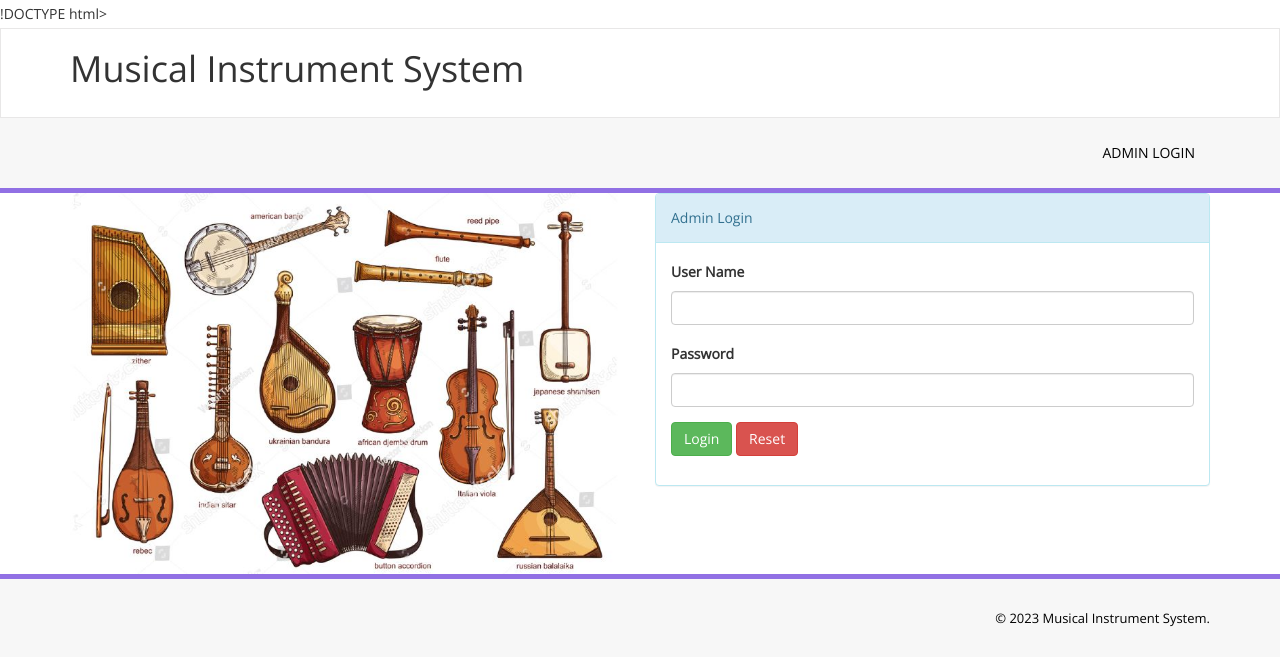
Repository: chetanbagul1998/Musical-Instruments-System_Project
Page: http://localhost/Project/
An editor plug-in stored every save of this project. The page is shown before and after the next save, followed by the edit.
The browser window is 1280 px wide. The pictures show the whole page.
Some web libraries are served in a nearby version. The page is served by Tomcat 10. Other server files are loaded and not shown.

Above is the page before, as saved 2023-03-01 06:56:08.
Console error: TypeError: $(...).dataTable is not a function

### Mini Project/Project/src/main/webapp/index.jsp
!DOCTYPE html>
<html>
<head>
	<meta charset="utf-8" />
	<title>Musical Instrument System</title>
	<link href="assets/css/bootstrap.css" rel="stylesheet" />
	<link href="assets/css/font-awesome.css" rel="stylesheet" />
	<link href="assets/css/style.css" rel="stylesheet" />
	<link href='http://fonts.googleapis.com/css?family=Open+Sans' rel='stylesheet' type='text/css' />
	<script src="https://ajax.googleapis.com/ajax/libs/jquery/3.4.1/jquery.min.js"></script>
</head>
<body>
	<header>
		<div class="navbar navbar-inverse set-radius-zero">
			<div class="container">
				<div class="navbar-header">
					<button type="button" class="navbar-toggle" data-toggle="collapse" data-target=".navbar-collapse">
						<span class="icon-bar"></span> <span class="icon-bar"></span> <span class="icon-bar"></span>
					</button>
					<h1>Musical Instrument System</h1>
				</div>
			</div>
		</div>
	</header>
	<nav>
		<section class="menu-section">
			<div class="container">
				<div class="row">
					<div class="col-md-12">
						<div class="navbar-collapse collapse">
							<ul id="menu-top" class="nav navbar-nav navbar-right">
								<li><a href="index.jsp">Admin Login</a></li>
							</ul>
						</div>
					</div>
				</div>
			</div>
		</section>
	</nav>
	<main>
		<div class="container">
			<div class="row">
				<div class="col-md-6">
					<img src="assets/img/musical-instruments.jpg" style="width: 550px;"></img>
				</div>
				<div class="col-md-6">
					<div class="panel panel-info">
						<div class="panel-heading">Admin Login</div>
						<div class="panel-body">
							<c:if test="${not empty sessionScope.fail}">
								<div class="alert alert-danger" id="danger">You have entered wrong credentials.</div>
							</c:if>
							<form role="form" action="AdminLogin" method="post">
								<div class="form-group">
									<label>User Name</label> <input class="form-control" type="text" name="uname" />
								</div>
								<div class="form-group">
									<label>Password</label> <input class="form-control" type="password" name="upass" />
								</div>
								<button type="submit" class="btn btn-success">Login</button>
								<button type="reset" class="btn btn-danger">Reset</button>
							</form>
						</div>
					</div>
				</div>
			</div>
		</div>
	</main>
	<footer>
		<jsp:include page="footer.jsp"></jsp:include>
	</footer>
	<script src="assets/js/jquery-1.10.2.js"></script>
	<script src="assets/js/bootstrap.js"></script>
	<script src="assets/js/custom.js"></script>

	<script>
		(function(i, s, o, g, r, a, m) {
			i['GoogleAnalyticsObject'] = r;
			i[r] = i[r] || function() {
				(i[r].q = i[r].q || []).push(arguments)
			}, i[r].l = 1 * new Date();
			a = s.createElement(o), m = s.getElementsByTagName(o)[0];
			a.async = 1;
			a.src = g;
			m.parentNode.insertBefore(a, m)
		})
				(
						window,
						document,
						'script',
						'../../../../../../www.google-analytics.com/analytics.js',
						'ga');

		ga('create', 'UA-58127580-1', 'auto');
		ga('send', 'pageview');
	</script>
</body>
<script src="http://code.jquery.com/jquery-1.10.1.min.js"></script>
<script type="text/javascript">
	$(function() {
		$('#danger').delay(1500).show().fadeOut('slow');
	});
</script>
</html>

### Mini Project/Project/src/main/webapp/footer.jsp
<%@ page language="java" contentType="text/html; charset=ISO-8859-1"
	pageEncoding="ISO-8859-1"%>
<section class="footer-section">
	<div class="container">
		<div class="row">
			<div class="col-md-12">
				&copy; 2023 Musical Instrument System.
			</div>

		</div>
	</div>
</section>

### Mini Project/Project/src/main/webapp/assets/css/style.css
/* =============================================================
   GENERAL STYLES
 ============================================================ */

body {
    font-family: 'Open Sans', sans-serif;
    line-height:28px;

}
.set-radius-zero {
    border-radius:0px;
    -moz-border-radius:0px;
    -webkit-border-radius:0px;
}
.content-wrapper {
    margin-top: 40px;
    min-height:800px;
    padding-bottom:90px;
}
.header-line {
    font-weight:900;
    padding-bottom:25px;
    border-bottom:1px solid #eeeeee;
    text-transform:uppercase;
}
.pad-botm {
    padding-bottom:30px;
}


/* =============================================================
   NAVBAR & MENU STYLES
 ============================================================ */

.right-div {
    float: right;
    padding: 20px;
}
#menu-top a {
    color:#000;
    text-decoration:none;
    font-weight:500;
    padding: 25px 15px 25px 15px;
    text-transform:uppercase;

}
.menu-section {
    background-color: #f7f7f7;
    border-bottom:5px solid #9170E4;
    width:100%
}
.menu-top-active {
    background-color:#eeeeee;
}
.navbar-inverse {
background-color: #FFF;
border-color: rgba(155, 153, 153, 0.23);

}

.navbar {
    min-height: 90px;
    margin-bottom: 0px;

}
.navbar-inverse .navbar-collapse, .navbar-inverse .navbar-form {
    border-color:transparent;
}
.navbar-toggle {
background-color: black;
border: 1px solid black;
}

    /* =============================================================
   DASHBOARD STYLES
 ============================================================ */

.img-comments {
   border: 3px double #e1e1e1;
height: 60px;

}

.chat-widget-main {
    max-height:330px;
    overflow:auto;
}

.slide-bdr {
   border:5px solid #9170E4
}
.chat-widget-left:after {
    top: 100%;
    left: 10%;
    border: solid transparent;
    content: " ";
    position: absolute;
    border-top-color: #F70E62;
    border-width: 15px;
    margin-left: -15px;
}

.chat-widget-left {
    width: 100%;
    height: auto;
    padding: 15px;
    -webkit-border-radius: 5px;
    -moz-border-radius: 5px;
    border-radius: 5px;
    position: relative;
    border: 1px solid #F70E62;
    font-size:12px;
}
.chat-widget-right:after {
    top: 100%;
    right: 10%;
    border: solid transparent;
    content: " ";
    position: absolute;
    border-top-color: #5AA8CC;
    border-width: 15px;
    margin-left: -15px;
}

.chat-widget-right {
    width: 100%;
    height: auto;
    padding: 15px;
    -webkit-border-radius: 5px;
    -moz-border-radius: 5px;
    border-radius: 5px;
    position: relative;
    border: 1px solid #5AA8CC;
    font-size:12px;
}

.chat-widget-name-left {
   color: #808080;
    margin-top: 30px;
    margin-left: 60px;
    text-align:left;
}

    .img-left-chat {
        border:3px double #e1e1e1;
        float:left;
        margin-right:30px;
    }
     .img-right-chat {
        border:3px double #e1e1e1;
        float:right;
        margin-left:30px;
    }
     .chat-widget-main img-right {
        border:3px double #e1e1e1;
        float:left;
    }
.chat-widget-name-left h4 {
    font-weight:normal;
    font-size:11px;

}
.chat-widget-name-left h5 {
    font-weight:normal;
    font-size:10px;
}
.chat-widget-name-right h4 {
    font-weight:normal;
    font-size:11px;
}
.chat-widget-name-right h5 {
    font-weight:normal;
    font-size:10px;
}
.chat-widget-name-right {
    color: #808080;
    margin-top: 40px;
    margin-right: 60px;
    text-align:right;
}

.recent-users-sec img {
    max-height:80px;
    margin:15px;
}

.back-widget-set {
    background-color:transparent;
}

/* =============================================================
   FOOTER SECTION STYLES
 ============================================================ */
.footer-section {
    padding:25px 50px 25px 50px;
    color:#000;
    font-size:13px;
      background-color: #f7f7f7;
      text-align:right;
       border-top:5px solid #9170E4;

}

    .footer-section a, .footer-section a:hover {
        color:#000;
    }

### Mini Project/Project/src/main/webapp/assets/js/custom.js

(function ($) {
    "use strict";
    var mainApp = {
        slide_fun: function () {

            $('#carousel-example').carousel({
                interval:3000 // THIS TIME IS IN MILLI SECONDS
            })

        },
        dataTable_fun: function () {

            $('#dataTables-example').dataTable();

        },

        custom_fun:function()
        {



        },

    }


    $(document).ready(function () {
        mainApp.slide_fun();
        mainApp.dataTable_fun();
        mainApp.custom_fun();
    });
}(jQuery));

Loaded but not shown: Mini Project/Project/src/main/webapp/assets/css/bootstrap.css (library); Mini Project/Project/src/main/webapp/assets/css/font-awesome.css (library); Mini Project/Project/src/main/webapp/assets/js/jquery-1.10.2.js (library); Mini Project/Project/src/main/webapp/assets/js/bootstrap.js (library)

After the next save:
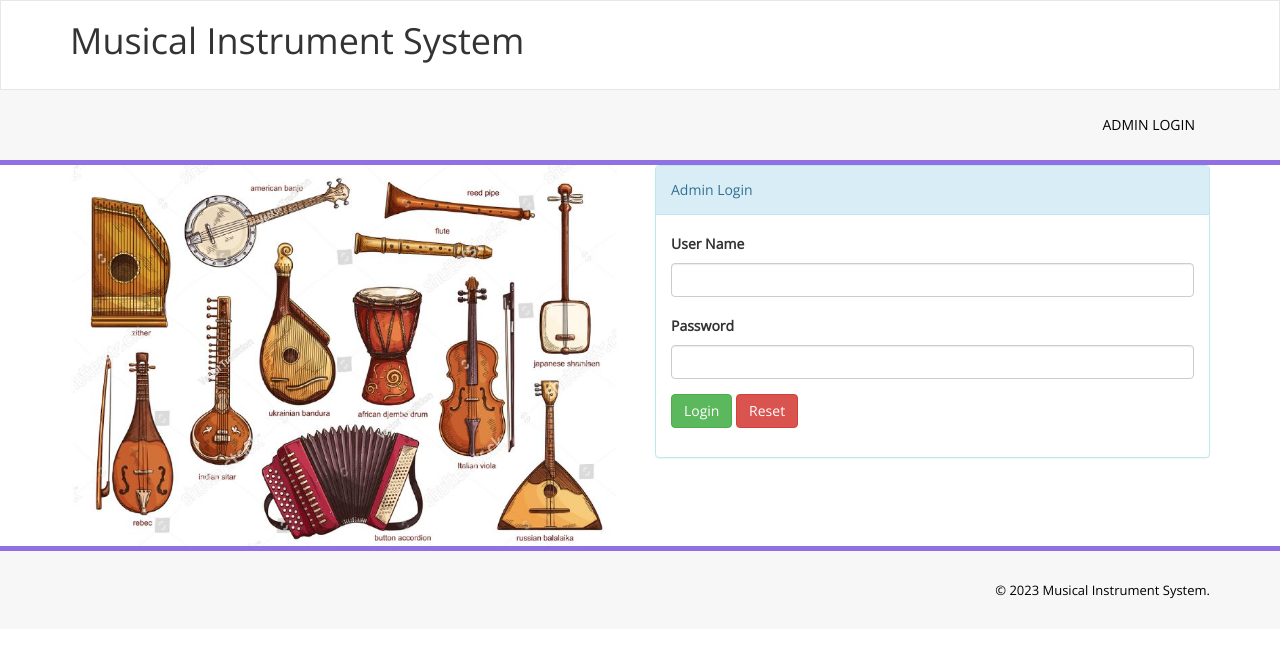
Saved 47 s later.
--- a/Mini Project/Project/src/main/webapp/index.jsp
+++ b/Mini Project/Project/src/main/webapp/index.jsp
@@ -1,4 +1,3 @@
-!DOCTYPE html>
 <html>
 <head>
 	<meta charset="utf-8" />
